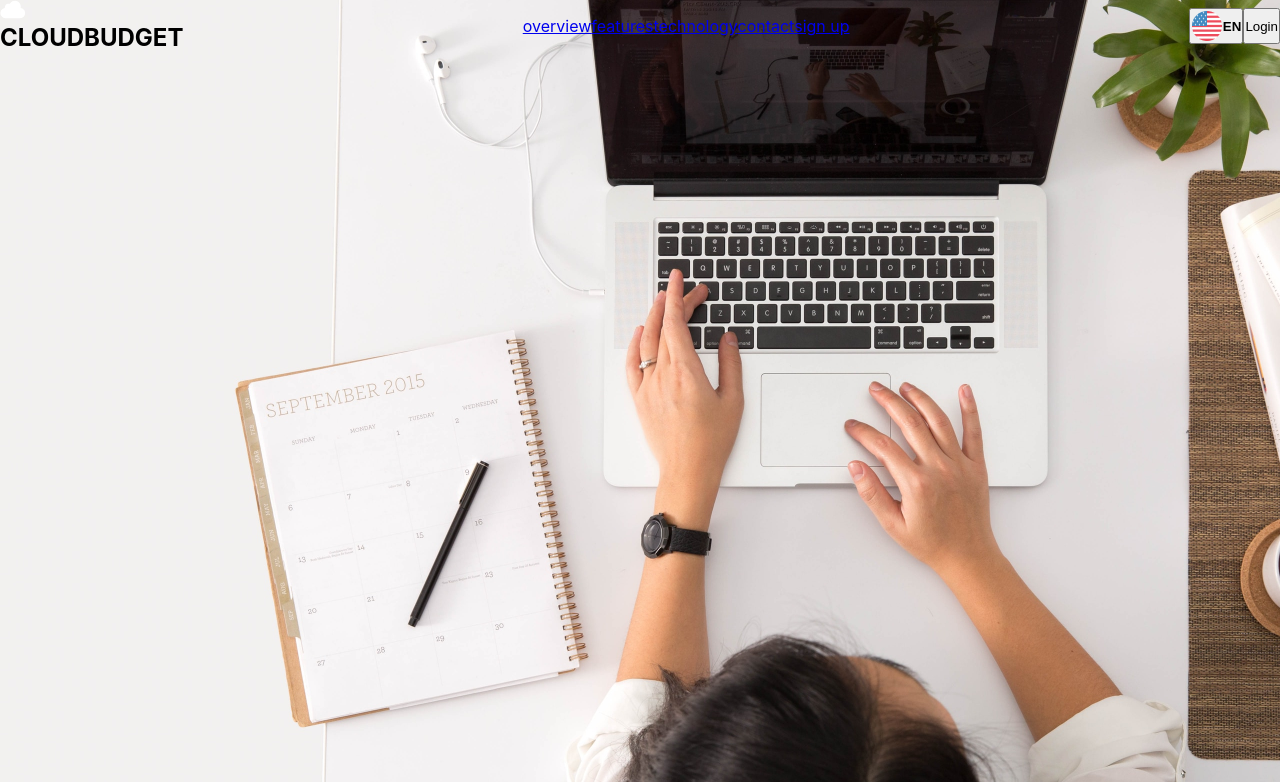
Repository: Ola-22/cloudBudget
Page: /
An editor plug-in stored every save of this project. The page is shown before and after the next save, followed by the edit.
The browser window is 1280 px wide. The pictures show the whole page.
The project was rebuilt for these pictures with package versions that can differ from the ones it lists, and the page was loaded fresh each time.

Above is the page before, as saved 2021-09-11 14:53:27.

### src/App.js
import "./App.css";
import Navbar from "./Components/Navbar";

function App() {
  return (
    <div className="App">
      <div
        className="app-main"
        style={{ backgroundImage: "url(/bg.png)", height: "782px" }}
      >
        <Navbar />
      </div>
    </div>
  );
}

export default App;

### src/App.css
*{
  margin: 0;
  padding: 0;
  box-sizing: border-box;
}

.app-main{
  height: 500px;
  position: relative;
}

### src/Components/Navbar/index.jsx
import "./style.css";

function Navbar() {
  return (
    <div className="nav-main">
      <div>
        <img src="/Vector.png" alt="" />
        <h2>CLOUDBUDGET</h2>
      </div>
      <div>
        <a href="#">overview</a>
        <a href="#">features</a>
        <a href="#">technology</a>
        <a href="#">contact</a>
        <a href="#">sign up</a>
      </div>
      <div style={{ display: "flex" }}>
        <button style={{ display: "flex", alignItems: "center" }}>
          <img src="/flag.png" alt="" />
          <h4>EN</h4>
        </button>
        <button>Login</button>
      </div>
    </div>
  );
}

export default Navbar;

### src/Components/Navbar/style.css
.nav-main{
  display: flex;
  align-items: center;
  justify-content: space-between;
}

Loaded but not shown: public/index.html (common file); src/index.js (common file); src/index.css (common file); src/reportWebVitals.js (common file)

After the next save:
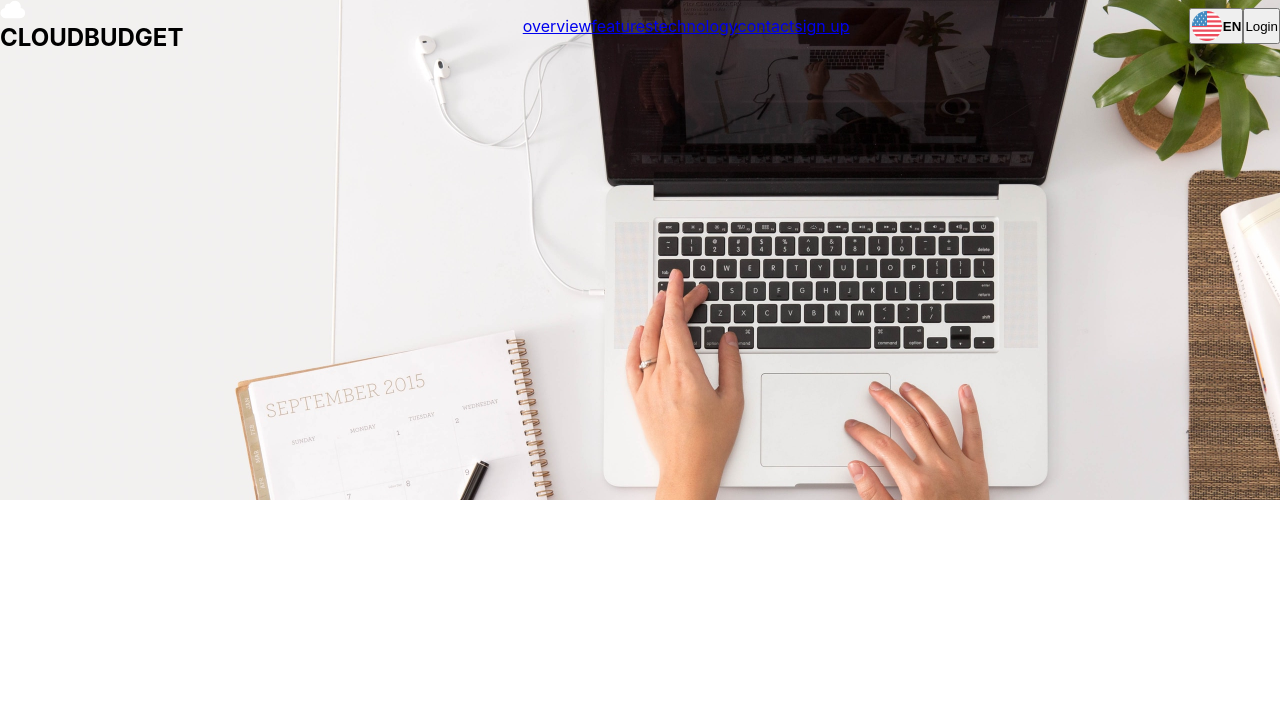
Saved 14 s later.
--- a/src/App.js
+++ b/src/App.js
@@ -6,7 +6,7 @@ function App() {
     <div className="App">
       <div
         className="app-main"
-        style={{ backgroundImage: "url(/bg.png)", height: "782px" }}
+        style={{ backgroundImage: "url(/bg.png)", height: "500px" }}
       >
         <Navbar />
       </div>
